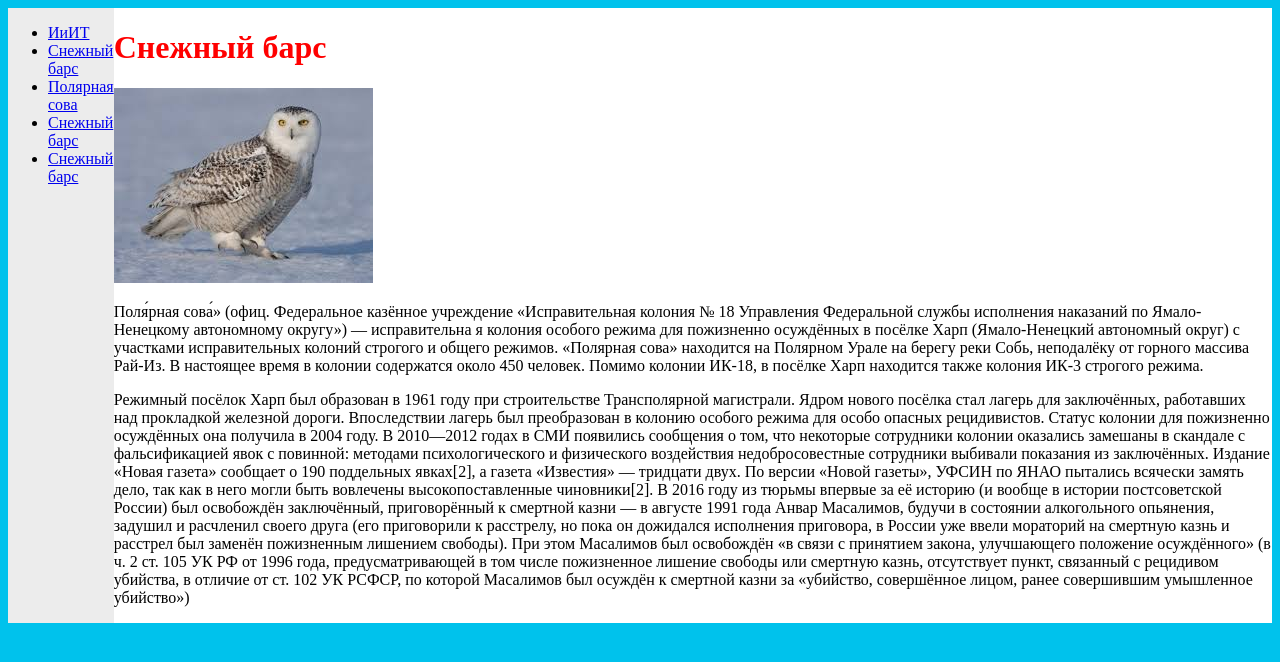
Repository: polinamalysheva/polina.github.io
Page: week11/3.html
The author's editor kept a record of every edit. The page is drawn from the files as they stood at one moment, then again after the next edit.
The browser window is 1280 px wide. The pictures show the whole page.

Above is the page before.

After the next edit:
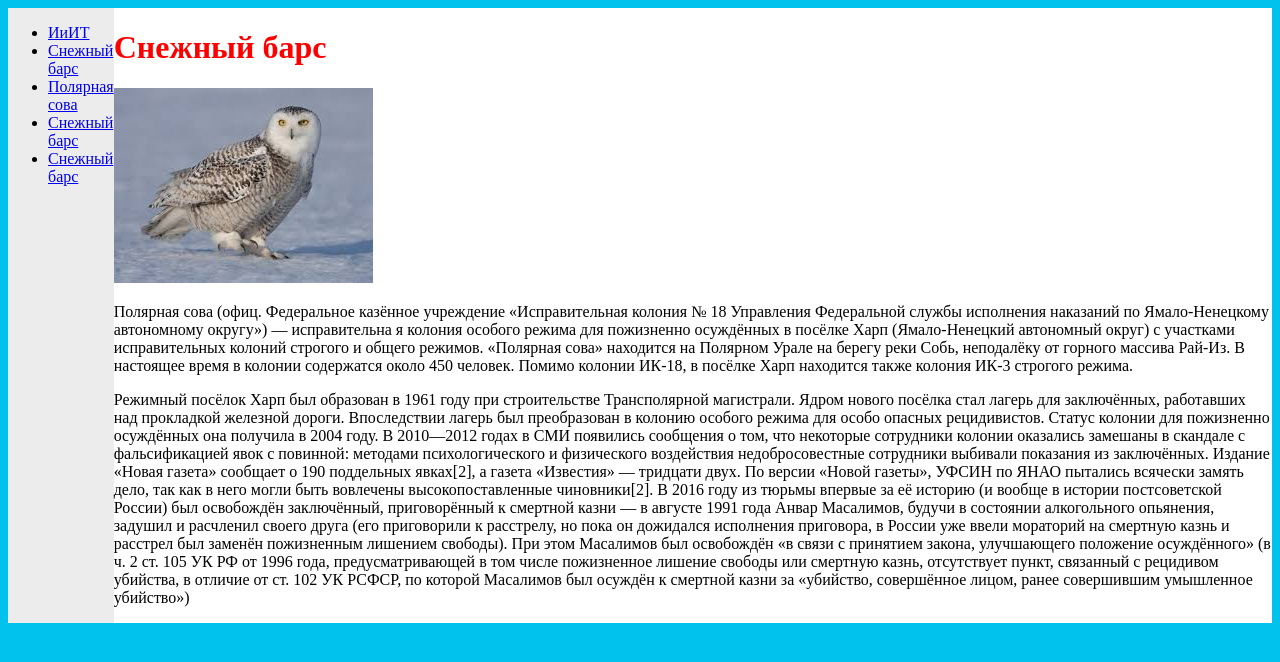
The edit:
--- a/week11/3.html
+++ b/week11/3.html
@@ -20,7 +20,7 @@
   <h1>Снежный барс</h1>
   <img src="sova.jpg">
   <p>
-   Поля́рная сова́» (офиц. Федеральное казённое учреждение «Исправительная колония № 18 Управления Федеральной службы исполнения наказаний по Ямало-Ненецкому автономному округу») — исправительна
+   Полярная сова  (офиц. Федеральное казённое учреждение «Исправительная колония № 18 Управления Федеральной службы исполнения наказаний по Ямало-Ненецкому автономному округу») — исправительна
    я колония особого режима для пожизненно осуждённых в посёлке Харп (Ямало-Ненецкий автономный округ) с участками исправительных колоний строгого и общего режимов. «Полярная сова» находится
    на Полярном Урале на берегу реки Собь, неподалёку от горного массива Рай-Из. В настоящее время в колонии содержатся около 450 человек.
    Помимо колонии ИК-18, в посёлке Харп находится также колония ИК-3 строгого режима.</p>
